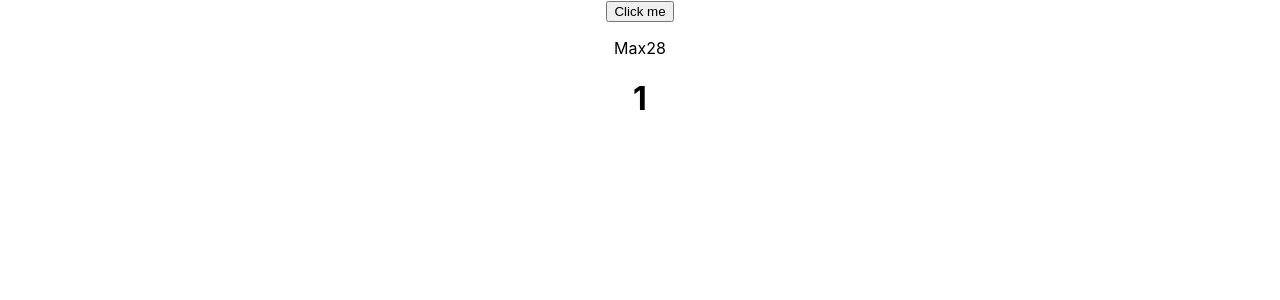
Repository: vikas-swami/heroku-deploy
Page: /
The author's editor kept a copy of each file at every save. The page is drawn from the files as they stood at one save, then again after the next save.
The browser window is 1280 px wide. The pictures show the whole page.
The project was rebuilt for these pictures with package versions that can differ from the ones it lists, and the page was loaded fresh each time.

Above is the page before, as saved 2020-05-06 01:08:54.

After the next save:
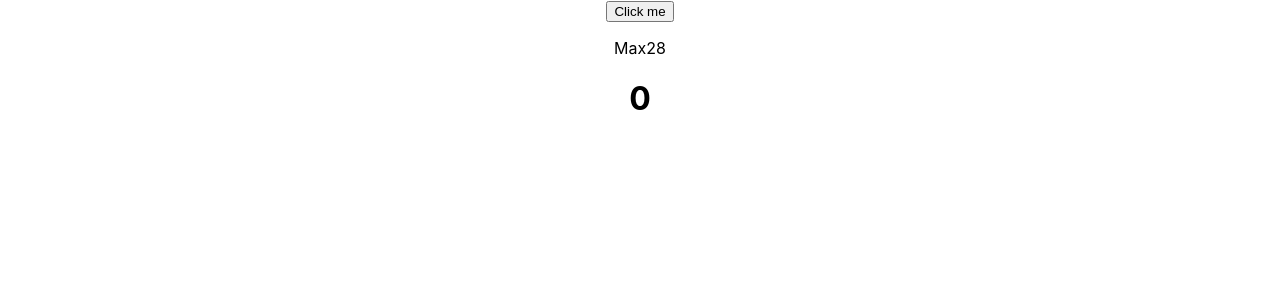
Saved 7 s later.
--- a/src/App.js
+++ b/src/App.js
@@ -7,7 +7,7 @@ class App extends Component {
     person: [
       { name: 'Max', age: 28}
     ],
-    counter: 1
+    counter: 0
   }
 
    counterHandler = (counter) =>{
